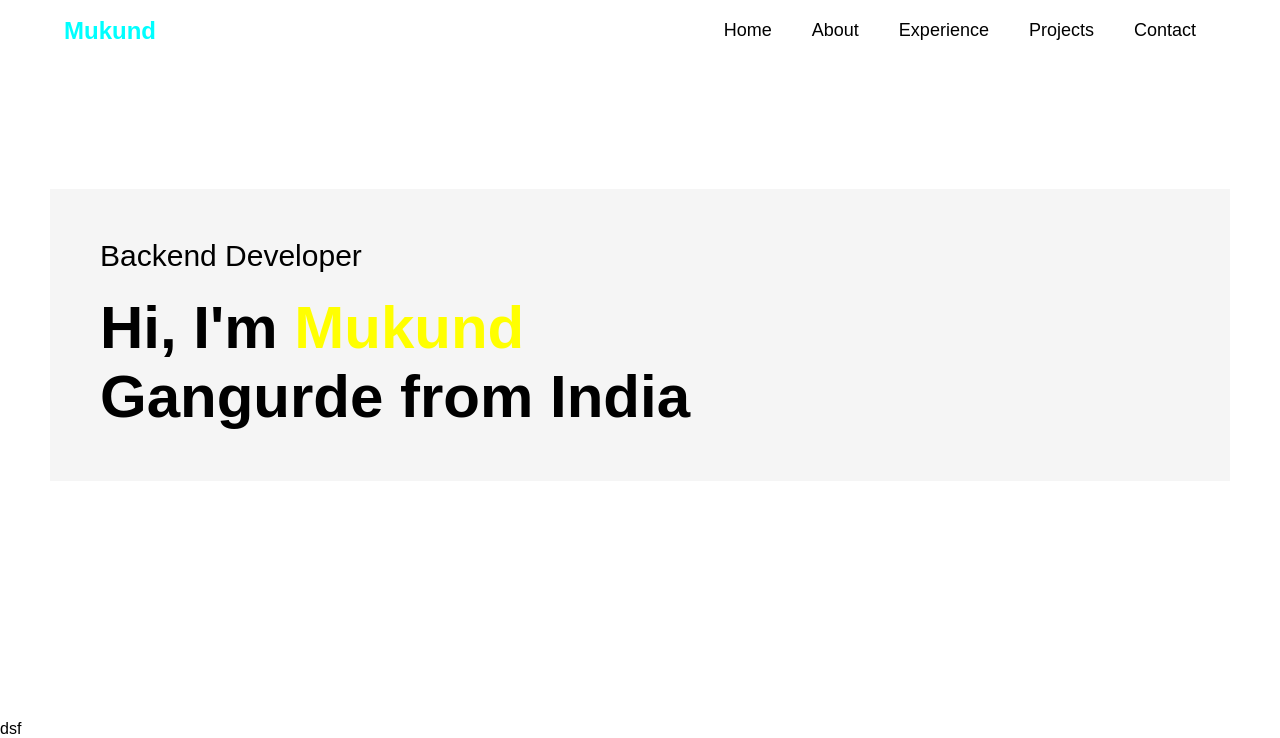
Repository: mukundgangurde/expense-tracker
Page: index.html
These files come from the project's save history. The page is drawn as it stood at one moment and after the next save; the edit follows.
The browser window is 1280 px wide. The pictures show the whole page.

Above is the page before, as saved 2025-11-02 22:30:58.

### index.html
<!DOCTYPE html>
<html lang="en">

<head>
  <meta charset="UTF-8">
  <meta name="viewport" content="width=device-width, initial-scale=1.0">
  <title>Portfolio - Mukund Gangurde</title>
  <link rel="stylesheet" href="style.css">
</head>

<body>
  <!-- Header -->
  <div id="header">
    <div id="container">
      <!-- Navigation Bar -->
      <nav>
        <h1 id="logo">Mukund</h1>
        <ul>
          <li><a href="#">Home</a></li>
          <li><a href="#">About</a></li>
          <li><a href="#">Experience</a></li>
          <li><a href="#">Projects</a></li>
          <li><a href="#">Contact</a></li>
        </ul>
      </nav>
      <!-- /Navigation Bar -->

      <div class="header-text">
        <p>Backend Developer</p>
        <h1>Hi, I'm <span>Mukund</span><br>Gangurde from India</h1>
      </div>
    </div>
  </div>
  <!-- /Header -->

  <div id="about">
    <div id="container">
      <div class="row">
        <div class="about-col-1">dsf</div>
      </div>
    </div>
  </div>
</body>

</html>

### style.css
* {
  margin: 0;
  padding: 0;
  /* font-family: Brush Script MT; */
  font-family: Arial, Helvetica, sans-serif;
  box-sizing: border-box;
  /* border: 1px solid red; */
}

body {
  /* background-color: black; */
  /* color: white; */
}

#header {
  width : 100%;
  height: 100vh;
  /* background-image: url(images/background.img); */
  /* background-size: cover; */
  /* background-position: center; */
}

#logo {
  width: 160px;
}

nav {
  display: flex;
  justify-content: space-between;
  align-items: center;
  flex-wrap: wrap;
  padding: 10px 5%;
  color: aqua;
}

ul {
  display: flex;
  justify-content: space-between;
  font-size: 18px;
}

nav ul li {
  display: inline-block;
  list-style-type: none;
  margin: 10px 20px;
}

nav ul li a {
  color: black;
  text-decoration: none;
}

.header-text {
  margin: 10% 50px;
  padding: 50px;
  background-color: whitesmoke;
  font-size: 30px;
}

.header-text h1 {
  margin-top: 20px;
  font-size: 60px;
}

.header-text h1 span {
  color: yellow;
}

After the next save:
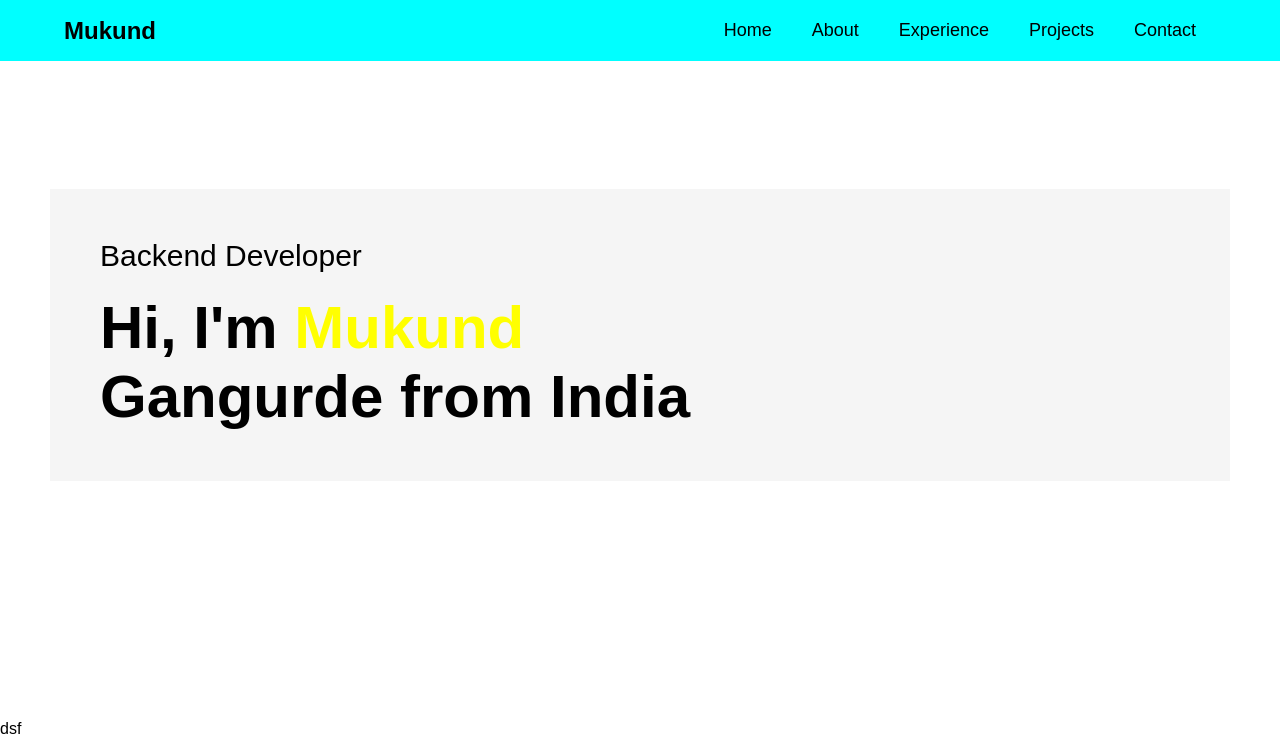
Saved 9 s later.
--- a/style.css
+++ b/style.css
@@ -30,7 +30,7 @@ nav {
   align-items: center;
   flex-wrap: wrap;
   padding: 10px 5%;
-  color: aqua;
+  background-color: aqua;
 }
 
 ul {
